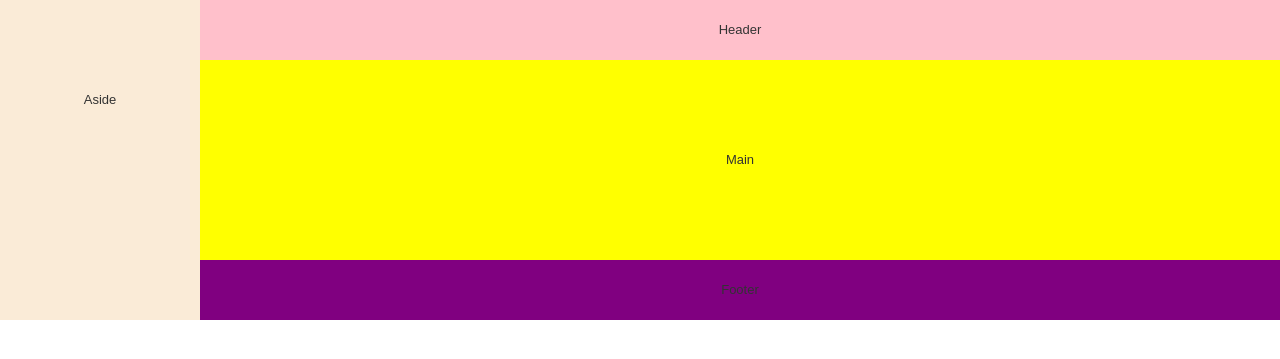
Repository: wuder-jie/Manager-System
Page: /home
These files come from the project's save history. The page is drawn as it stood at one moment and after a run of saves; the edit follows.
The browser window is 1280 px wide. The pictures show the whole page.
The project was rebuilt for these pictures with package versions that can differ from the ones it lists, and the page was loaded fresh each time. Also part of the build but not shown: vue.config.js.

Above is the page before, as saved 2022-11-28 13:50:17.

After the next 2 saves:
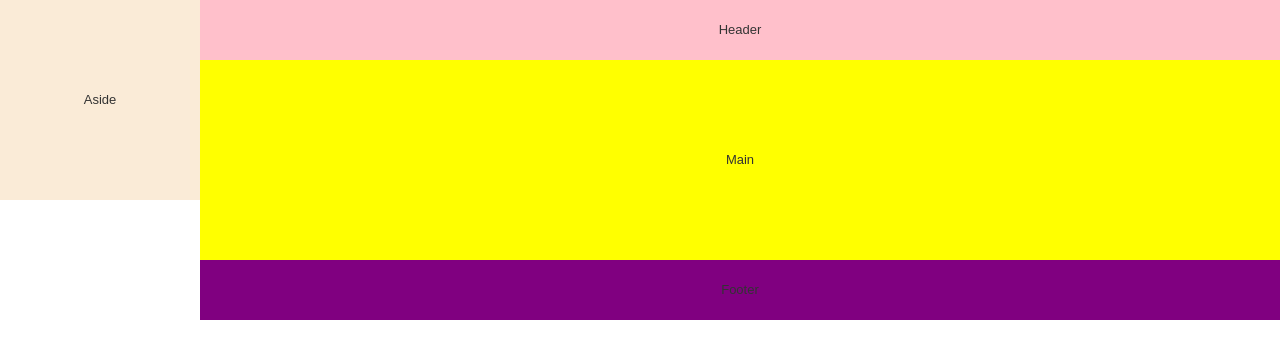
The 2 saves are shown as one change because they came seconds apart.
The last was saved 7 s later.
--- a/src/pages/home/index.vue
+++ b/src/pages/home/index.vue
@@ -61,7 +61,7 @@ export default {
     line-height: 320px;
   }
   .el-aside{
-    height: px;
+    height: 100%;
     background-color: antiquewhite;
   }
   .el-header{
